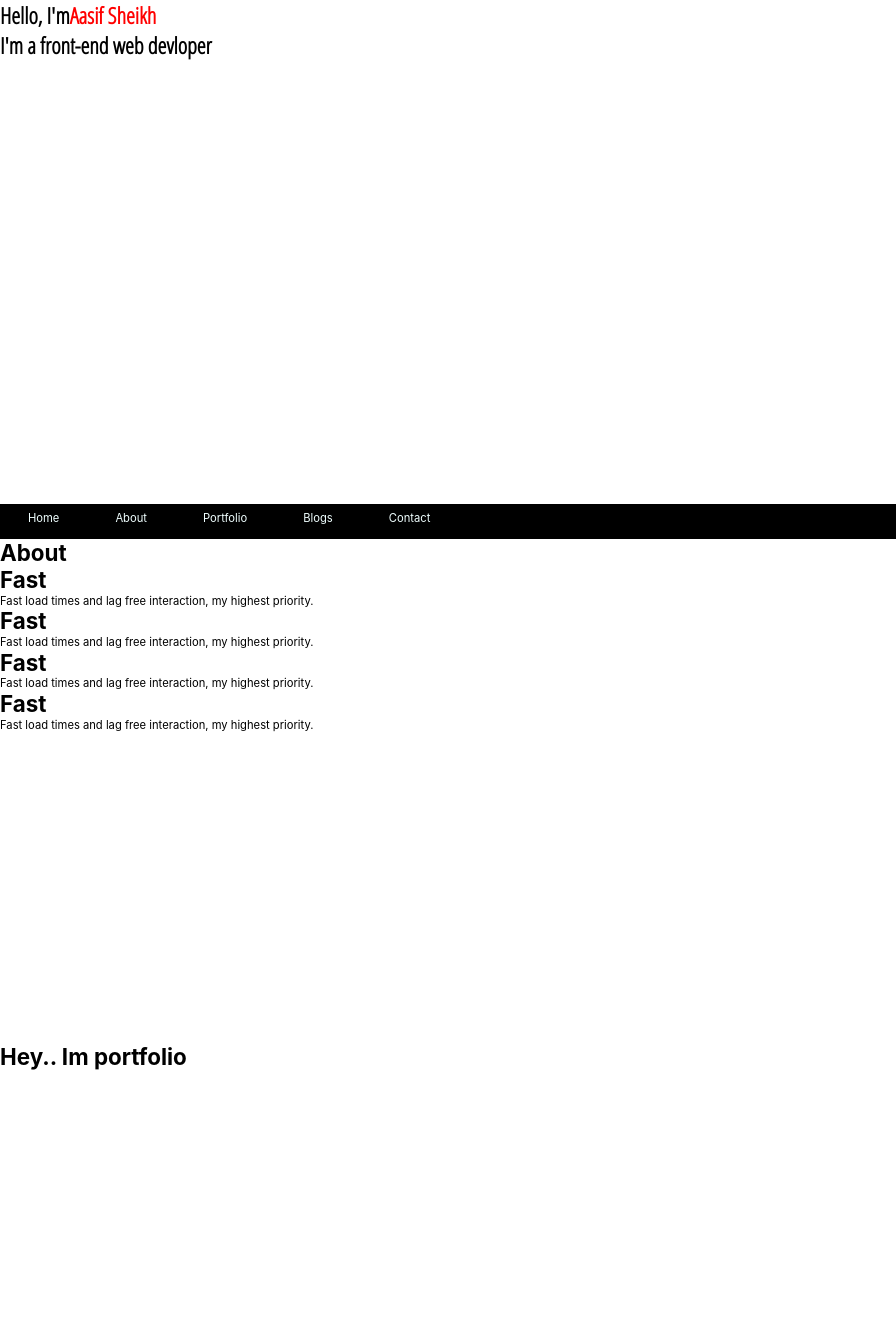
Repository: Aaasifsheikh/aasifsheikh-portfolio
Page: /
An editor plug-in stored every save of this project. The page is shown before and after the next save, followed by the edit.
The browser window is 1280 px wide. The pictures show the part of the page from y = 0 to 1920 px (the page is 3650 px tall), at 70% of full size.
The project was rebuilt for these pictures with package versions that can differ from the ones it lists, and the page was loaded fresh each time.

Above is the page before, as saved 2020-12-05 15:11:18.

After the next save:
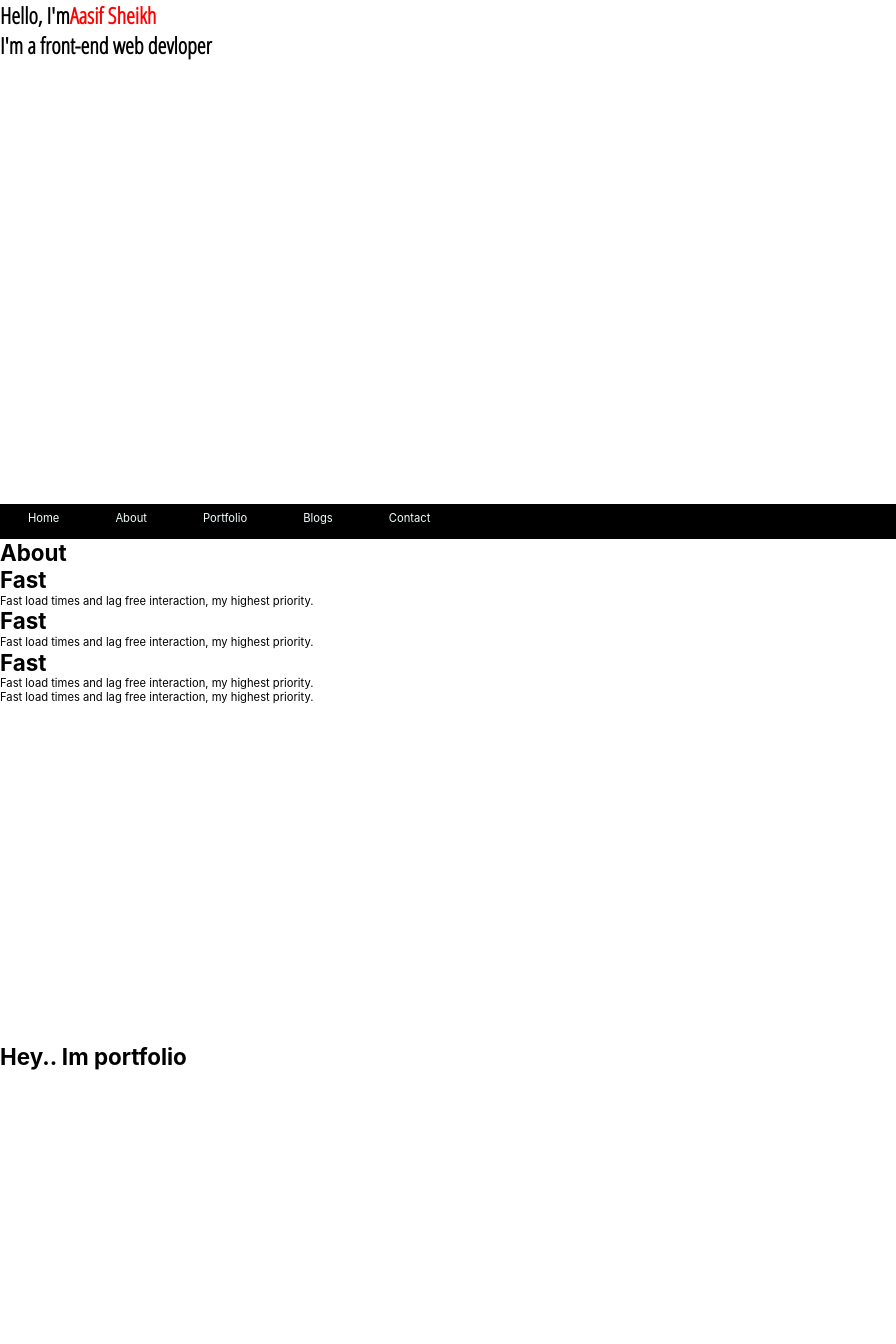
Saved 10 s later.
--- a/src/About.jsx
+++ b/src/About.jsx
@@ -20,7 +20,7 @@ function About() {
           Fast
         </h1> <p>Fast load times and lag free interaction, my highest priority.</p></div>
         <div className="dynamic"><h1>
-          Fast
+
         </h1> <p>Fast load times and lag free interaction, my highest priority.</p></div>
       </div>
     </div>
